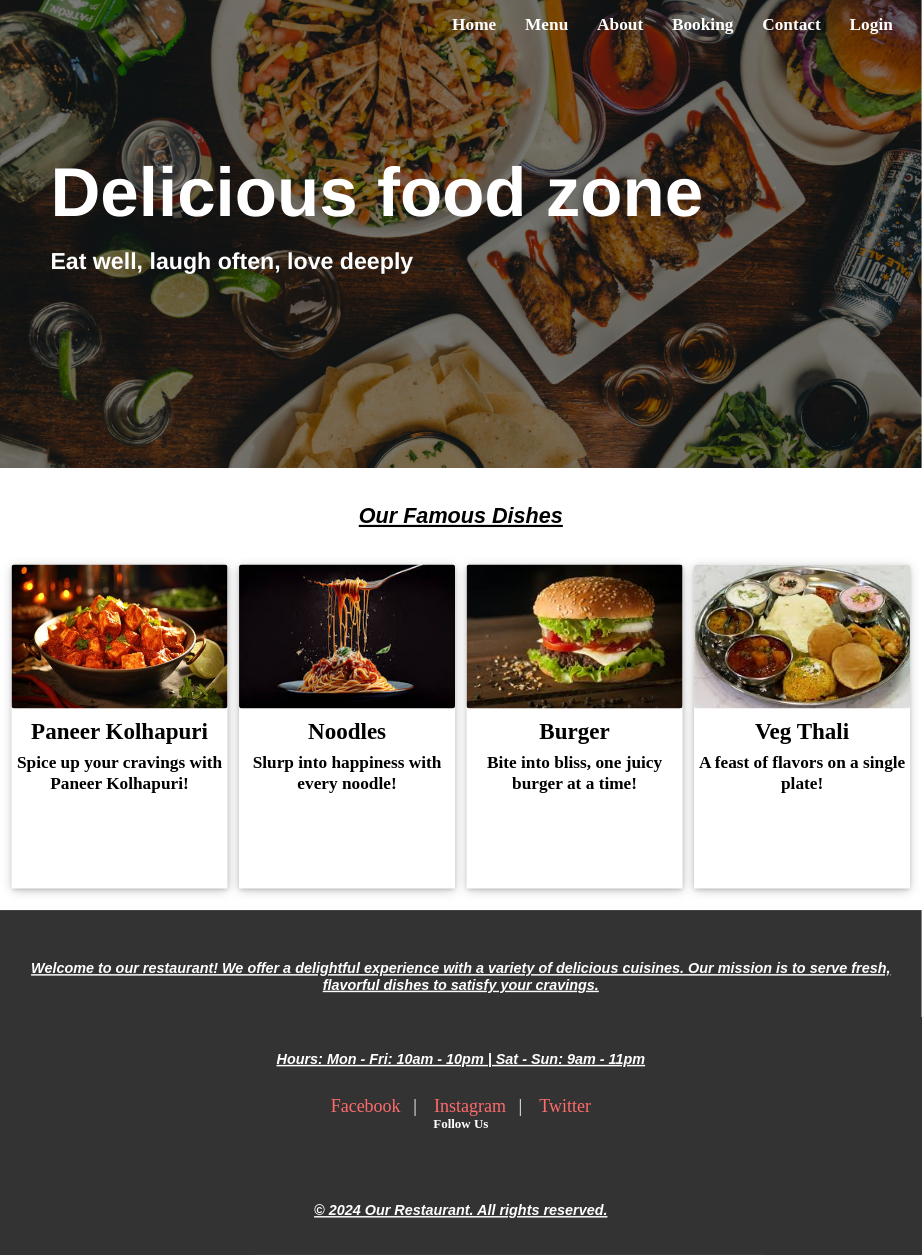
Repository: Shreya-Bonde/Restaurant-management-system
Page: index.html
The author's editor kept a copy of each file at every save. The page is drawn from the files as they stood at one save, then again after a run of saves.
The browser window is 1280 px wide. The pictures show the whole page, at 72% of full size.

Above is the page before, as saved 2024-10-10 14:51:00.

### index.html
<!DOCTYPE html>
<html lang="en">
<head>
    <meta charset="UTF-8">
    <meta name="viewport" content="width=device-width, initial-scale=1.0">
    <title>Document</title>
    <link rel="stylesheet" href="style.css">
</head>
<body>
    <header>
        <div class="banner-container">
                <nav class="navbar">
                    <ul>
                        <li><a href="#home">Home</a></li>
                        <li><a href="#menu">Menu</a></li>
                        <li><a href="/about.html">About</a></li>
                        <li><a href="/booking.html">Booking</a></li>
                        <li><a href="/contact.html">Contact</a></li>
                        <li><a href="/login.html">Login</a></li>
                    </ul>
                </nav>
                <div class="centered-text">
                    <h1>Delicious food zone</h1>
                    <h6>Eat well, laugh often, love deeply</h6>
                </div>
         </div>
    </header>
        <p>Our Famous Dishes</p>
        <div class="Flex">
            <div class="flex-item fitem1">
                <img src="paneer kolhapuri.jpg" alt="">
                <h1>Paneer Kolhapuri</h1>
                <h2>Spice up your cravings with Paneer Kolhapuri!</h2>
            </div>
            <div class="flex-item fitem2">
                <img src="noodles1.jpg" alt="">
                <h1>Noodles</h1>
                <h2>Slurp into happiness with every noodle!</h2>
            </div>
            <div class="flex-item fitem3">
                <img src="burger.jpg" alt="">
                <h1>Burger</h1>
                <h2>Bite into bliss, one juicy burger at a time!</h2>
            </div>
            <div class="flex-item fitem4">
                <img src="veg thali.jpg" alt="">
                <h1>Veg Thali</h1>
                <h2>A feast of flavors on a single plate!</h2>
            </div>
        </div>

    <footer>
        <div>
            <div class="footer-section">
                <p>
                    Welcome to our restaurant! We offer a delightful experience with a variety of delicious cuisines.
                    Our mission is to serve fresh, flavorful dishes to satisfy your cravings.
                </p>
                <p>Hours: Mon - Fri: 10am - 10pm | Sat - Sun: 9am - 11pm</p>
            </div>


            <div class="social-media">
                <div class="sm-handle">
                    <a href="#" target="_blank" class="yt_handle"
                     rel="noopener noreferrer"> <i class="fa fa-youtube fa-lg yt_handle"></i>Facebook</a>&nbsp;&nbsp;|&nbsp;&nbsp;
                    <a href="#" target="_blank" class="linkedin_handle"
                    rel="noopener noreferrer"> <i class="fa fa-linkedin fa-lg linkedin_handle"></i>Instagram</a>&nbsp;&nbsp;|&nbsp;&nbsp;
                    <a href="#" target="_blank" class="insta_handle"
                    rel="noopener noreferrer"> <i class="fa fa-instagram fa-lg insta_handle"></i>Twitter</a>

                    <div class="footer-section social">
                        <h2>Follow Us</h2>
                        <div class="social-icons">
                          <a href="#"><i class="fab fa-facebook"></i></a>
                          <a href="#"><i class="fab fa-twitter"></i></a>
                          <a href="#"><i class="fab fa-instagram"></i></a>
                          <a href="#"><i class="fab fa-tripadvisor"></i></a>
                        </div>
                      </div>
                    <p class="footer-botton">&copy; 2024 Our Restaurant. All rights reserved.</p>


            </div>
        </div>
    </footer>
</body>
</html>

### style.css
* {
    box-sizing: border-box;
    margin: 0;
    padding: 0;
}
.banner-container {
    background-image: url(background1.jpg);
    background-repeat: no-repeat;
    background-size: cover;
    position: relative;
    width: 100%;
    height: 650px;
}
.navbar {
    position: absolute;
    top: 0;
    right: 0;
    padding: 20px;
}
.centered-text {
    position: absolute;
    top: 30%;
    left: 70px;
    color: white;
    line-height: 1.5;
    font-weight: bold;
    font-size: 3rem;
    font-family: 'Franklin Gothic Medium', 'Arial Narrow', Arial, sans-serif;
}
h6 {
    justify-content: center;
    margin-bottom: 20px;
}
nav ul {
    list-style-type: none;
    margin: 0;
    padding: 0;
    display: flex;
    justify-content: right;
    font-size: 1.5rem;
}
nav ul li {
    margin: 0 20px;
}
nav ul li a {
    color: white;
    text-decoration: none;
    font-weight: bold;
}
nav ul li a:hover {
    text-decoration: underline;
}
.Flex {
    width: 100%;
    display: flex;
    flex-wrap: wrap;
    box-sizing: gray;
    align-items: center;
    justify-content: space-evenly;
}
.flex-item {
    box-shadow: 0 2px 6px 0 rgba(0,0,0,0.2), 0 4px 16px 0 rgba(0,0,0,0.2);
    margin: 0;
    padding: 0;
}
.flex-item img {
 width: 100%;
 object-fit: fill;
}
.flex-item {
    margin-top: 20px;
    margin-bottom: 30px;
    display: inline-block;
    background-color: white;
    width: 300px;
    height: 450px;
    text-align: center;
}
.flex-item:hover {
    transform: scale(1.05);
}
img {
    width: 100%;
    height: 200px;
    object-fit: fill;
    border-radius: 4px;
}
p {
    text-align: center;
    font-size: 30px;
    font-weight: bold;
    font-style: oblique;
    font-family: Arial, Helvetica, sans-serif;
    padding: 50px 20px 30px;
    text-decoration: underline;
}
.flex-item h2 {
    line-height: 1.2;
}
.flex-item h1 {
    padding-top: 10px;
    padding-bottom: 10px;
}
footer {
    text-align: center;
    padding: 20px 0;
    background-color: #333;
    color: #fff;
    width: 100%;
    font-size: 25px;
}
.footer-content {
    padding: 10px 0;
}
.footer-content a:hover {
    text-decoration: underline;
}
.footer-section {
    min-width: 250px;

}
.social-media {
    color: white;
    margin-top: 10px;
}
footer a {
    color: #ff6b6b;
    text-decoration: none;
    margin: 0 5px;
}
footer a:hover {
    text-decoration: underline;
}
footer p {
    font-size: 20px;
}
footer h2 {
    font-size: 18px;
    margin-bottom: 20px;
}

After the next 3 saves:
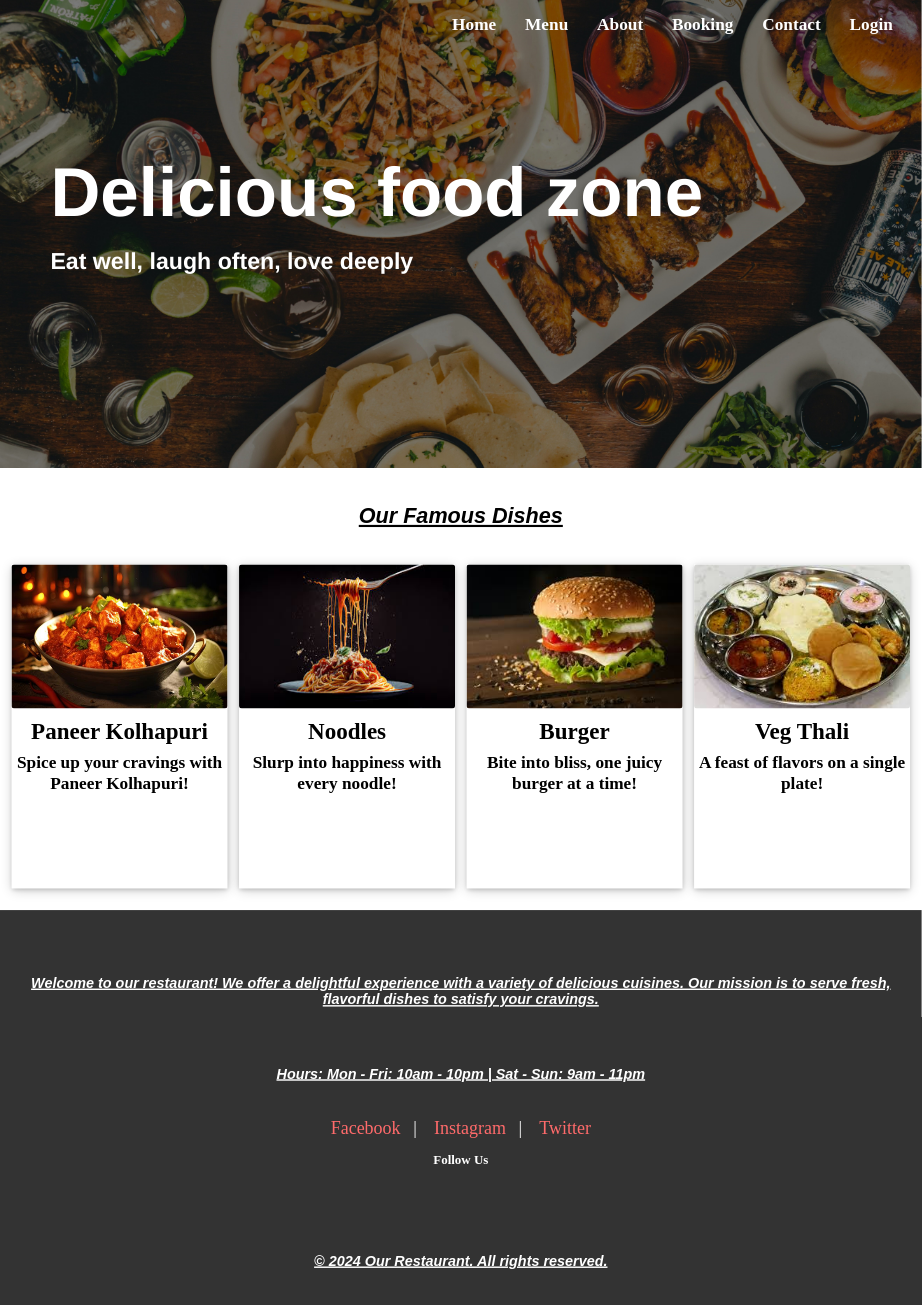
The 3 saves are shown as one change because they came seconds apart.
The last was saved 8 s later.
--- a/style.css
+++ b/style.css
@@ -117,7 +117,7 @@ footer {
 }
 .footer-section {
     min-width: 250px;
-
+    margin: 20px;
 }
 .social-media {
     color: white;
